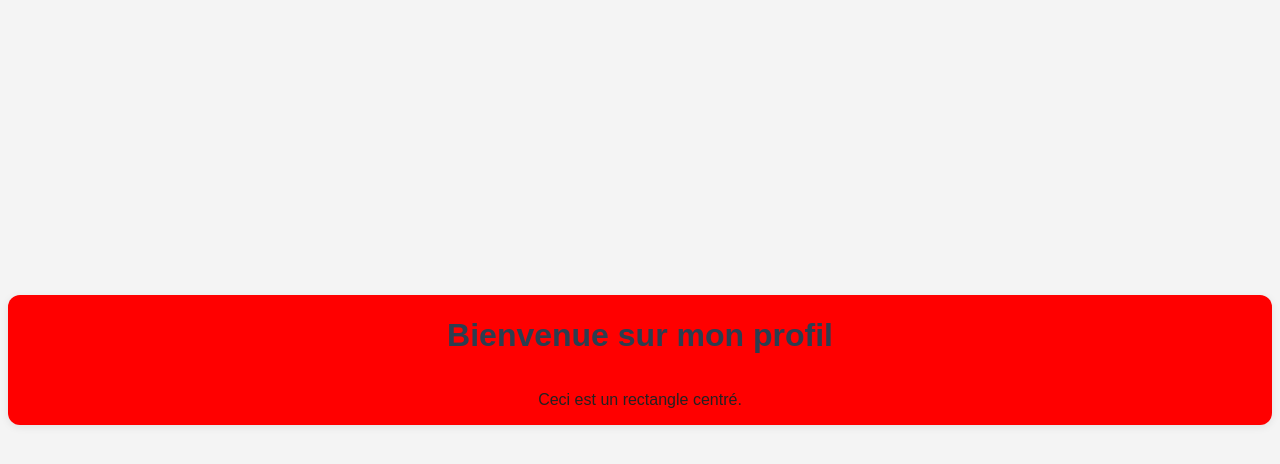
Repository: quadrinex/profile
Page: index.html
An editor plug-in stored every save of this project. The page is shown before and after the next save, followed by the edit.
The browser window is 1280 px wide. The pictures show the whole page.

Above is the page before, as saved 2025-06-30 16:15:17.

After the next save:
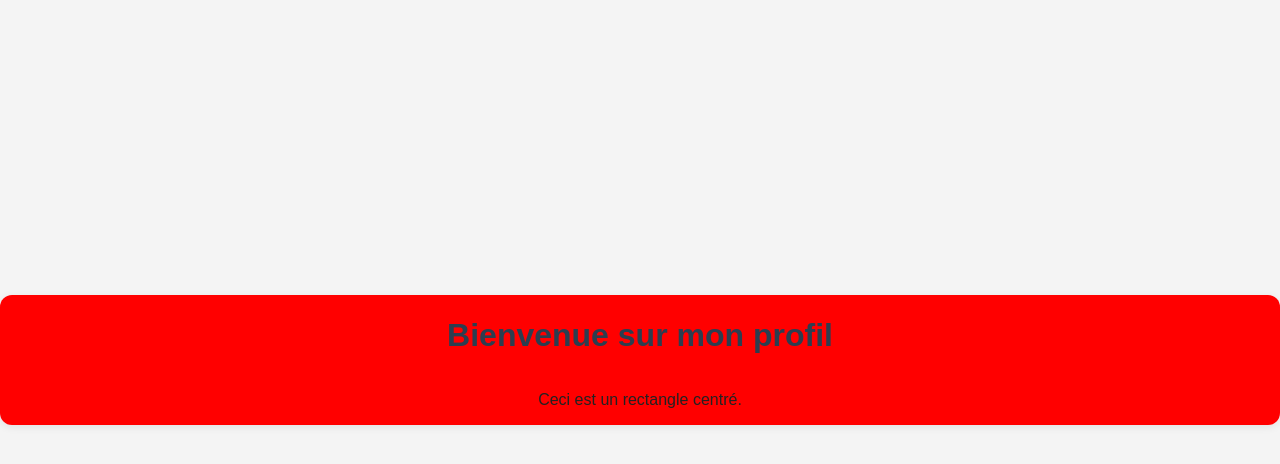
Saved 31 s later.
--- a/main.css
+++ b/main.css
@@ -20,9 +20,7 @@
 }
 
 .container {
-    max-width: calc(
-        100vw - 8px * 2
-    );
+    max-width: calc(content + 5%);
     max-height: fit-content;
     margin: auto;
     background: #ff0000;
